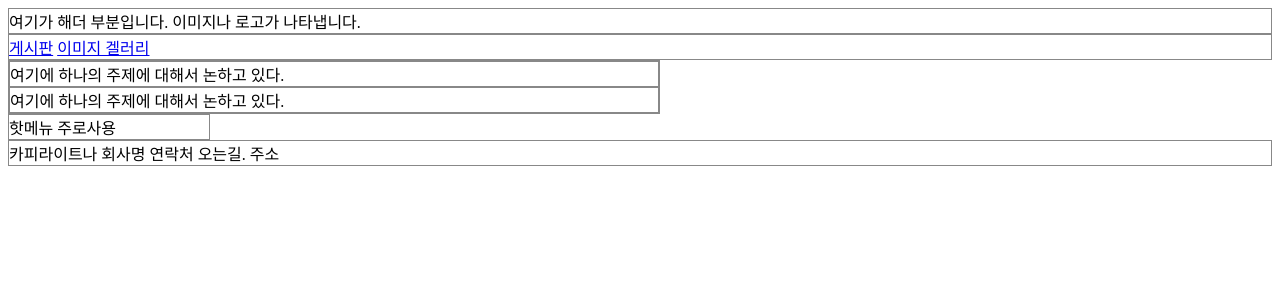
Repository: seokku/java2
Page: workspace/web/ch02basic/WebContent/semantic.html
These files come from the project's save history. The page is drawn as it stood at one moment and after the next save; the edit follows.
The browser window is 1280 px wide. The pictures show the whole page.

Above is the page before, as saved 2021-02-15 07:36:16.

After the next save:
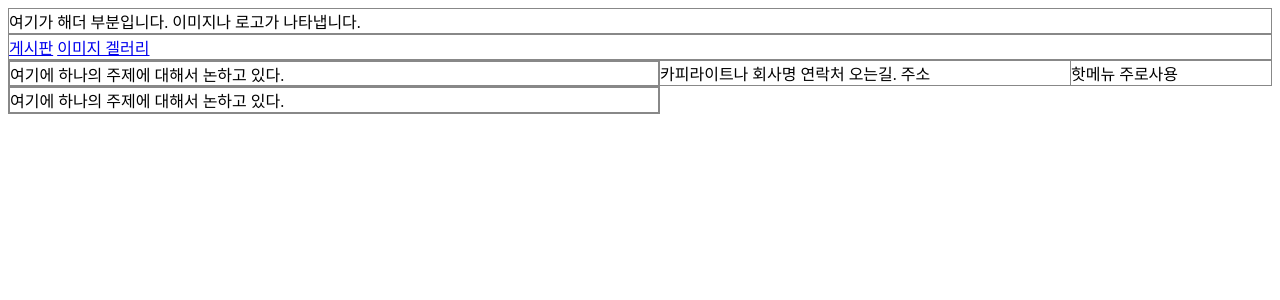
Saved 41 s later.
--- a/workspace/web/ch02basic/WebContent/semantic.html
+++ b/workspace/web/ch02basic/WebContent/semantic.html
@@ -11,9 +11,11 @@ header, nav, section, article, aside, footer{
 
 aside{
 width: 200px;
+float: right;
 }
 section{
  width: 650px;
+ float: left;
 }
 </style>
 </head>
